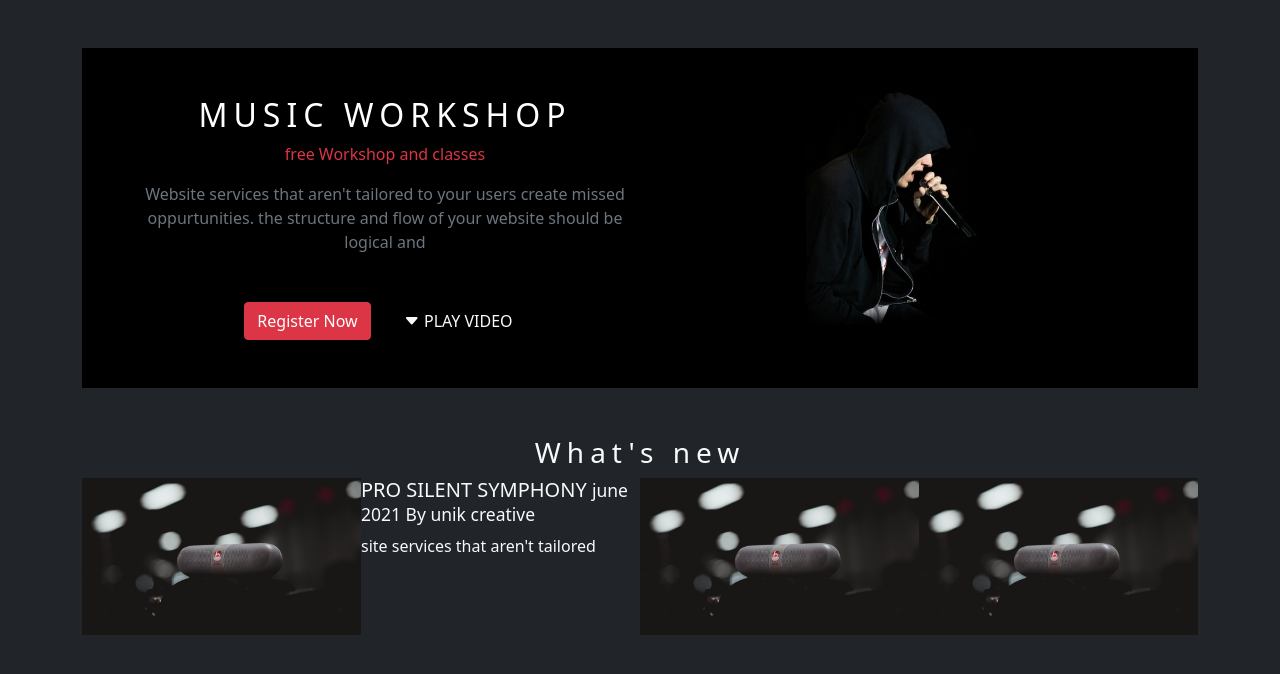
Repository: Eugene44-hub/music-workshop-site
Page: index.html
An editor plug-in stored every save of this project. The page is shown before and after the next save, followed by the edit.
The browser window is 1280 px wide. The pictures show the whole page.
Some web libraries are served in a nearby version.

Above is the page before, as saved 2021-10-22 16:54:57.

### index.html
<!DOCTYPE html>
<html lang="en">

<head>
    <meta charset="UTF-8">
    <meta http-equiv="X-UA-Compatible" content="IE=edge">
    <meta name="viewport" content="width=device-width, initial-scale=1.0">
    <title>Document</title>
    <link rel="stylesheet" href="style.css">
    <!-- CSS only -->
    <link href="https://cdn.jsdelivr.net/npm/bootstrap@5.1.3/dist/css/bootstrap.min.css" rel="stylesheet" integrity="sha384-1BmE4kWBq78iYhFldvKuhfTAU6auU8tT94WrHftjDbrCEXSU1oBoqyl2QvZ6jIW3" crossorigin="anonymous">
    <link rel="stylesheet" href="https://cdn.jsdelivr.net/npm/bootstrap-icons@1.6.1/font/bootstrap-icons.css">
</head>

<body class="bg-dark p-md-5 p-3">
    <!-- registeration starts  -->
    <section id="registration">
        <div class="container">
            <div class="d-lg-flex text-white bg-black align-items-center" id="regImg">
                <div id="regText" class="col-md text-center p-5">
                    <h2 id="musicheader" class="text-uppercase fs-2">
                        music workshop </h2>
                    <p class="text-danger"> free Workshop and classes</p>
                    <p class="text-secondary">Website services that aren't tailored to your users create missed oppurtunities. the structure and flow of your website should be logical and</p>
                    <div class="mt-5">
                        <button class="btn btn-danger mx-2">Register Now</button>
                        <button class="btn text-light mx-2"><i class="bi bi-caret-down-fill"></i> PLAY VIDEO</button>
                    </div>
                </div>
                <div class="col-md"> <img src="images/eminem.jpg" alt="" class="img-fluid"></div>

            </div>
        </div>
    </section>
    <!-- registeration ends  -->

    <!-- whats new starts -->
    <section class="text-light">
        <div class="container">
            <h2 id="new" class='text-center text-light fs-3 mt-5'>What's new</h2>
            <div class="d-flex ">
                <div class="col-md">
                    <img src="images/speaker.jpg" class="img-fluid" alt="">
                </div>
                <div class="col-md">
                    <h5>
                        PRO SILENT SYMPHONY
                        <small>june 2021 By unik creative</small>
                        </h3>
                        <p>site services that aren't tailored</p>
                </div>
                <div class="col-md">
                    <img src="images/speaker.jpg" class="img-fluid" alt="">
                </div>
                <div class="col-md">
                    <img src="images/speaker.jpg" class="img-fluid" alt="">
                </div>
            </div>
        </div>

    </section>
    <!-- whats new ends -->
</body>
<!-- JavaScript Bundle with Popper -->
<script src="https://cdn.jsdelivr.net/npm/bootstrap@5.1.3/dist/js/bootstrap.bundle.min.js" integrity="sha384-ka7Sk0Gln4gmtz2MlQnikT1wXgYsOg+OMhuP+IlRH9sENBO0LRn5q+8nbTov4+1p" crossorigin="anonymous"></script>

</html>

### style.css
#musicheader,
#new {
    letter-spacing: 6px
}


/* #regImg {
    background-image: url('images/eminem.jpg');
    background-repeat: no-repeat;
    background-position-x: left;
    background-position-y: top;
    background-size: auto;
    background-size: cover;
} */

After the next save:
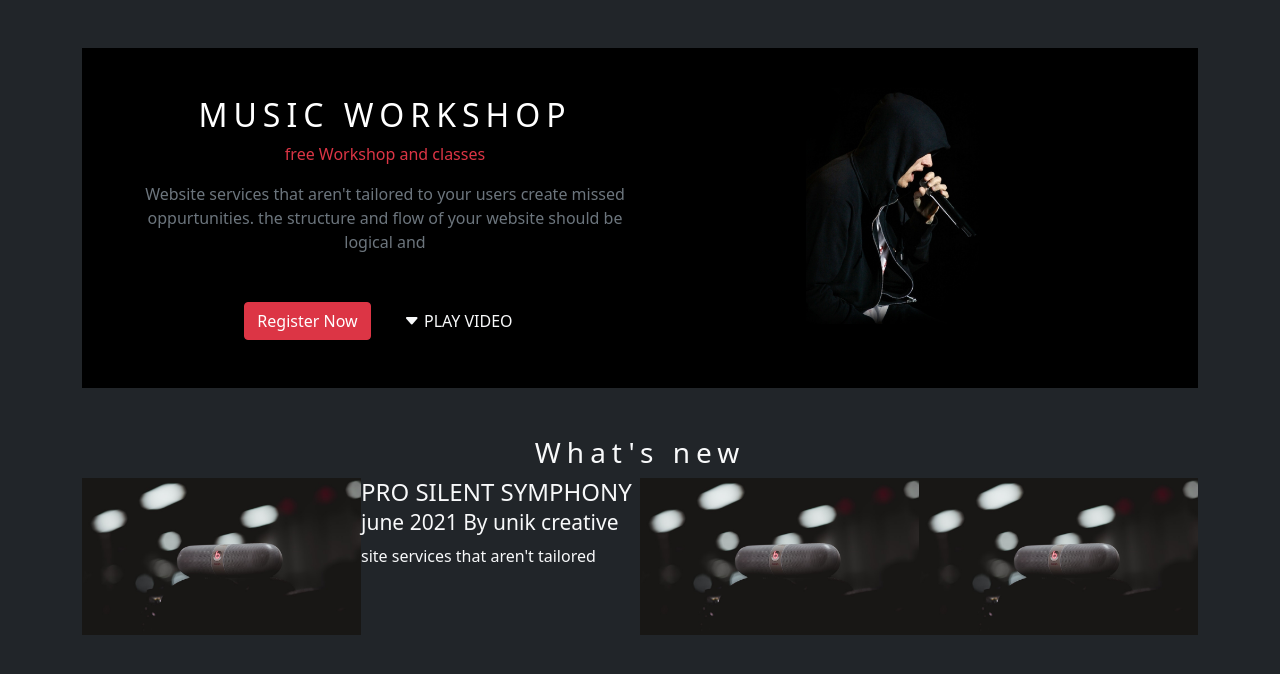
Saved 7 s later.
--- a/index.html
+++ b/index.html
@@ -43,7 +43,7 @@
                     <img src="images/speaker.jpg" class="img-fluid" alt="">
                 </div>
                 <div class="col-md">
-                    <h5>
+                    <h4>
                         PRO SILENT SYMPHONY
                         <small>june 2021 By unik creative</small>
                         </h3>

After the save that followed:
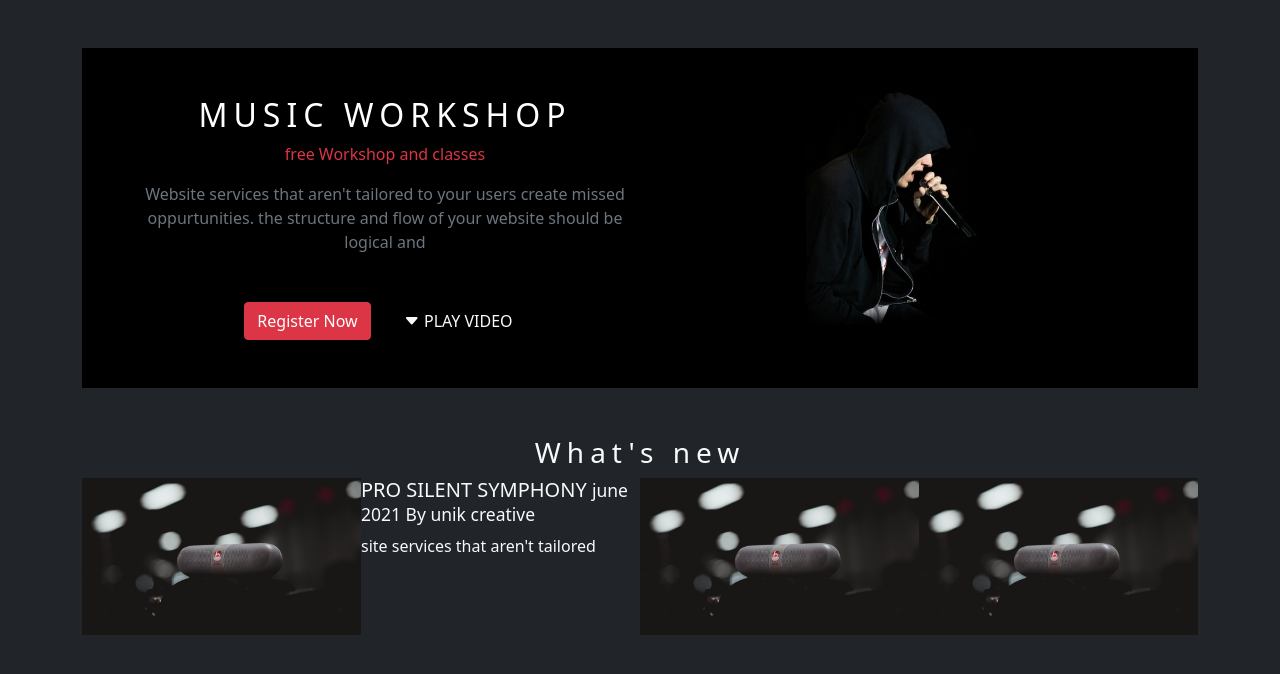
Saved 19 s later.
--- a/index.html
+++ b/index.html
@@ -43,7 +43,7 @@
                     <img src="images/speaker.jpg" class="img-fluid" alt="">
                 </div>
                 <div class="col-md">
-                    <h4>
+                    <h4 class="lead">
                         PRO SILENT SYMPHONY
                         <small>june 2021 By unik creative</small>
                         </h3>
